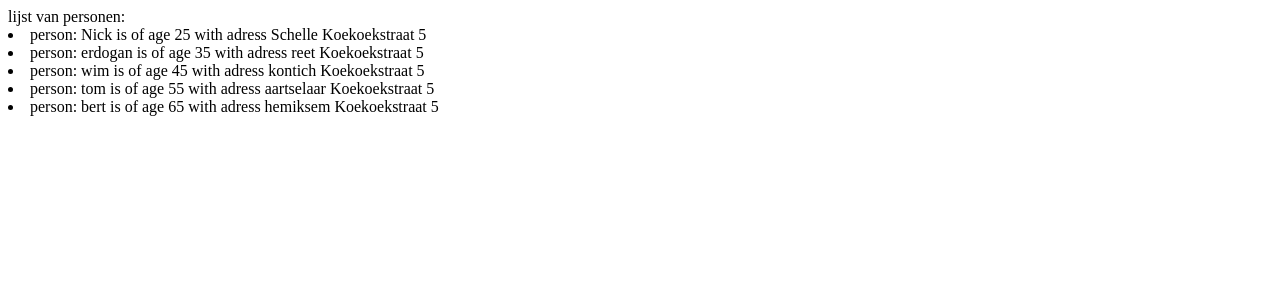
Repository: nickhanot/jee7-sample
Page: http://localhost/myFirstWebApp/people
The author's editor kept a copy of each file at every save. The page is drawn from the files as they stood at one save, then again after the next save.
The browser window is 1280 px wide. The pictures show the whole page.
The page is served by Tomcat 9. Other server files are loaded and not shown.

Above is the page before, as saved 2016-08-03 15:07:21.

### myFirstWebApp/WebContent/WEB-INF/people.jsp
<%@ taglib prefix="c" uri="http://java.sun.com/jsp/jstl/core" %>
<!DOCTYPE html>
<html>
	<head>
		<title>Insert title here</title>
	</head>
	<body>
		<div> lijst van personen:</div>

		<c:forEach items="${myList}" var="item">
		<li> person: ${item.name} is of age ${item.age} with adress ${item.adress.city} ${item.adress.street} ${item.adress.nr}

		</li>
		</c:forEach>



	</body>
</html>

### myFirstWebApp/src/com/realdolmen/myfirstwebapp/PersonServlet.java
package com.realdolmen.myfirstwebapp;

import java.io.IOException;
import java.util.List;

import javax.servlet.RequestDispatcher;
import javax.servlet.ServletException;
import javax.servlet.annotation.WebServlet;
import javax.servlet.http.HttpServlet;
import javax.servlet.http.HttpServletRequest;
import javax.servlet.http.HttpServletResponse;

/**
 * Servlet implementation class PersonServlet
 */
@WebServlet("/people")
public class PersonServlet extends HttpServlet {
	private static final long serialVersionUID = 1L;
    public PersonServlet() {
        super();
        // TODO Auto-generated constructor stub
    }

	protected void doGet(HttpServletRequest request, HttpServletResponse response) throws ServletException, IOException {
		PersonService personService = new PersonService();
		List<Person> list = personService.findAll();
		RequestDispatcher requestDispatcher = request.getRequestDispatcher("/WEB-INF/people.jsp");
		request.setAttribute("myList", list);
		requestDispatcher.forward(request, response);

	}

	protected void doPost(HttpServletRequest request, HttpServletResponse response) throws ServletException, IOException {
	}

}

### myFirstWebApp/src/com/realdolmen/myfirstwebapp/PersonService.java
package com.realdolmen.myfirstwebapp;

import java.util.ArrayList;
import java.util.List;

public class PersonService {

	public PersonService() {
		super();
		generatePersonlist();
	}

	List<Person> list = new ArrayList <Person>();
	public void generatePersonlist() {

		list.add(new Person("Nick", new Adress ( "Schelle", "Koekoekstraat", 5), 25));
		list.add(new Person("erdogan", new Adress ( "reet", "Koekoekstraat", 5), 35));
		list.add(new Person("wim", new Adress ( "kontich", "Koekoekstraat", 5), 45));
		list.add(new Person("tom", new Adress ( "aartselaar", "Koekoekstraat", 5), 55));
		list.add(new Person("bert", new Adress ( "hemiksem", "Koekoekstraat", 5), 65));
	}

	public Person findById(int i) {
		return list.get(i);
	}

	public List<Person> findAll() {
		return list;
	}
}

### myFirstWebApp/src/com/realdolmen/myfirstwebapp/Person.java
package com.realdolmen.myfirstwebapp;

public class Person {
	String name;
	Adress adress;
	int age;
	public Person(String name, Adress adress, int age) {
		super();
		this.name = name;
		this.adress = adress;
		this.age = age;
	}
	public String getName() {
		return name;
	}
	public void setName(String name) {
		this.name = name;
	}
	public Adress getAdress() {
		return adress;
	}
	public void setAdress(Adress adress) {
		this.adress = adress;
	}
	public int getAge() {
		return age;
	}
	public void setAge(int age) {
		this.age = age;
	}



}

### myFirstWebApp/src/com/realdolmen/myfirstwebapp/Adress.java
package com.realdolmen.myfirstwebapp;

public class Adress {
	String city;
	String street;
	int nr;
	public Adress(String city, String street, int nr) {
		super();
		this.city = city;
		this.street = street;
		this.nr = nr;
	}
	public String getCity() {
		return city;
	}
	public void setCity(String city) {
		this.city = city;
	}
	public String getStreet() {
		return street;
	}
	public void setStreet(String street) {
		this.street = street;
	}
	public int getNr() {
		return nr;
	}
	public void setNr(int nr) {
		this.nr = nr;
	}


}

After the next save:
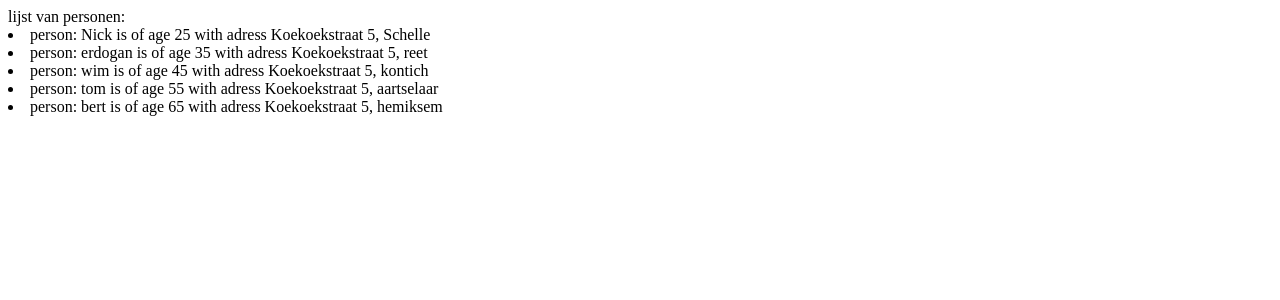
Saved 26 s later.
--- a/myFirstWebApp/WebContent/WEB-INF/people.jsp
+++ b/myFirstWebApp/WebContent/WEB-INF/people.jsp
@@ -8,7 +8,7 @@
 		<div> lijst van personen:</div>
 
 		<c:forEach items="${myList}" var="item">
-		<li> person: ${item.name} is of age ${item.age} with adress ${item.adress.city} ${item.adress.street} ${item.adress.nr}
+		<li> person: ${item.name} is of age ${item.age} with adress  ${item.adress.street} ${item.adress.nr}, ${item.adress.city}
 
 		</li>
 		</c:forEach>
